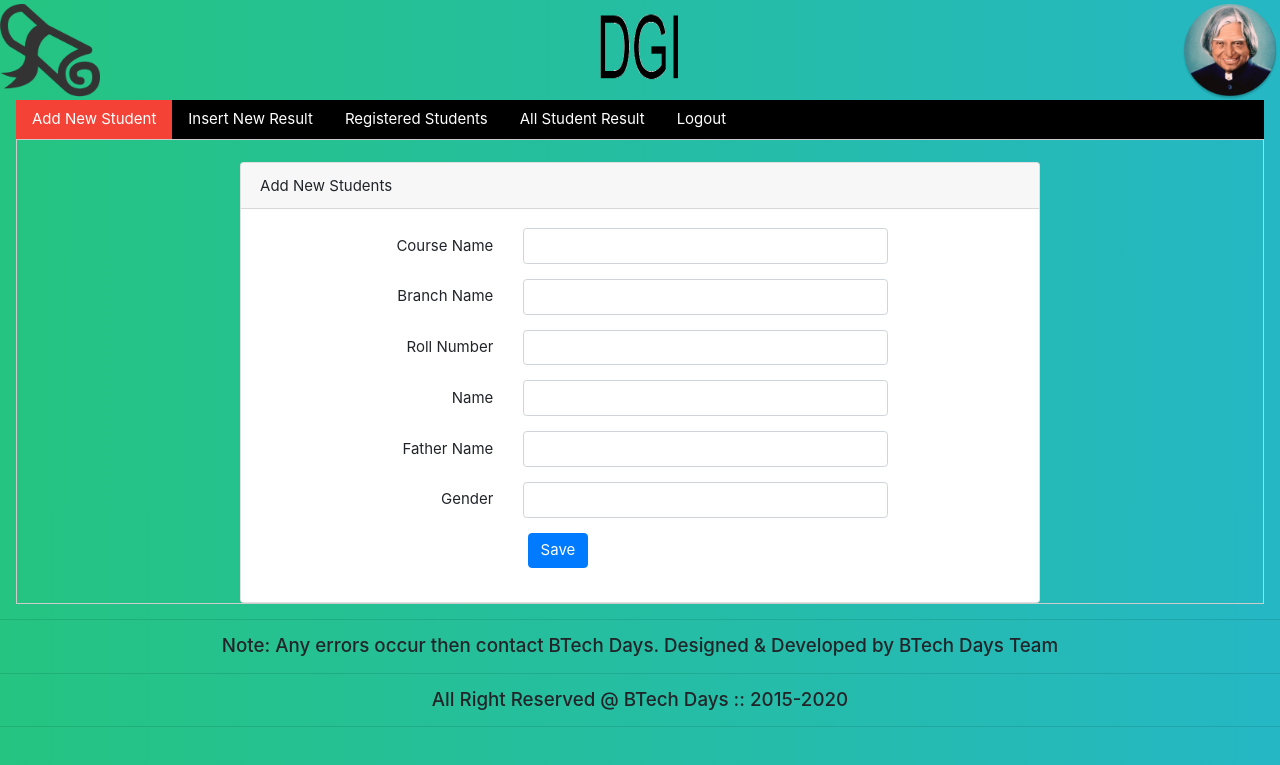
Repository: AlkaDas991/Dbms
Page: http://localhost/Student_Record_Management/adminHome.jsp
These files come from the project's save history. The page is drawn as it stood at one moment and after the next save; the edit follows.
The browser window is 1280 px wide. The pictures show the whole page.
Some web fonts or font styles are not loaded; a fallback is used. Some web libraries are served in a nearby version. The page is served by Tomcat 9. Other server files are loaded and not shown.

Above is the page before, as saved 2021-03-09 03:31:51.
Console error: TypeError: Cannot read properties of undefined (reading 'fn')

### Student Record Management/WebContent/adminHome.jsp
<%@include file="header.html"%>
<!DOCTYPE html>
<html>
<title>DGI</title>
<body>
<img src="logo.png"  align="left"width="100" height="100">
<center><img src="dgi.png" width="100" height="100">
<img src="apj sir.png" align="right"  width="100" height="100"></center>
<div class="w3-container">
  <div class="w3-bar w3-black">
    <button class="w3-bar-item w3-button tablink w3-red" onclick="openCity(event,'London')">Add New Student</button>
    <button class="w3-bar-item w3-button tablink" onclick="openCity(event,'Paris')">Insert New Result</button>
    <button class="w3-bar-item w3-button tablink" onclick="openCity(event,'Tokyo')">Registered Students</button>
     <button class="w3-bar-item w3-button tablink" onclick="openCity(event,'Tokyo1')">All Student Result</button>
     <a href="adminLogin.html" class="w3-bar-item w3-button tablink">Logout</a>
  </div>

  <div id="London" class="w3-container w3-border city">
  <br>
   <link href="//maxcdn.bootstrapcdn.com/bootstrap/4.1.1/css/bootstrap.min.css" rel="stylesheet" id="bootstrap-css">
<script src="//maxcdn.bootstrapcdn.com/bootstrap/4.1.1/js/bootstrap.min.js"></script>
<script src="//cdnjs.cloudflare.com/ajax/libs/jquery/3.2.1/jquery.min.js"></script>
<!------ Include the above in your HEAD tag ---------->

<!doctype html>
<html lang="en">
<head>
    <!-- Required meta tags -->
    <meta charset="utf-8">
    <meta name="viewport" content="width=device-width, initial-scale=1, shrink-to-fit=no">

    <!-- Fonts -->
    <link rel="dns-prefetch" href="https://fonts.gstatic.com">
    <link href="https://fonts.googleapis.com/css?family=Raleway:300,400,600" rel="stylesheet" type="text/css">



    <link rel="icon" href="Favicon.png">

    <!-- Bootstrap CSS -->
    <link rel="stylesheet" href="https://stackpath.bootstrapcdn.com/bootstrap/4.1.3/css/bootstrap.min.css">
</head>
<body>
<main class="my-form">
    <div class="cotainer">
        <div class="row justify-content-center">
            <div class="col-md-8">
                    <div class="card">
                        <div class="card-header">Add New Students</div>
                        <div class="card-body">
                            <form name="my-form" onsubmit="return validform()" action="addNewStudent.jsp" method="post">
                                <div class="form-group row">
                                    <label for="full_name" class="col-md-4 col-form-label text-md-right">Course Name</label>
                                    <div class="col-md-6">
                                        <input type="text"  class="form-control" name="course">
                                    </div>
                                </div>

                                <div class="form-group row">
                                    <label for="email_address" class="col-md-4 col-form-label text-md-right">Branch Name</label>
                                    <div class="col-md-6">
                                        <input type="text"  class="form-control" name="branch">
                                    </div>
                                </div>

                                <div class="form-group row">
                                    <label for="user_name" class="col-md-4 col-form-label text-md-right">Roll Number</label>
                                    <div class="col-md-6">
                                        <input type="text" class="form-control" name="rollNo">
                                    </div>
                                </div>

                                <div class="form-group row">
                                    <label for="phone_number" class="col-md-4 col-form-label text-md-right">Name</label>
                                    <div class="col-md-6">
                                        <input type="text"  class="form-control" name="name">
                                    </div>
                                </div>

                                <div class="form-group row">
                                    <label for="present_address" class="col-md-4 col-form-label text-md-right">Father Name</label>
                                    <div class="col-md-6">
                                        <input type="text"  class="form-control" name="fatherName">
                                    </div>
                                </div>

                                <div class="form-group row">
                                    <label for="permanent_address" class="col-md-4 col-form-label text-md-right">Gender</label>
                                    <div class="col-md-6">
                                        <input type="text" class="form-control" name="">
                                    </div>
                                </div>

                                    <div class="col-md-6 offset-md-4">
                                        <button type="submit" class="btn btn-primary">
                                        Save
                                        </button>
                                    </div>
                                </div>
                            </form>
                        </div>
                    </div>
            </div>
        </div>
    </div>
</main>

<script src="https://code.jquery.com/jquery-3.3.1.slim.min.js"></script>
<script src="https://cdnjs.cloudflare.com/ajax/libs/popper.js/1.14.3/umd/popper.min.js"></script>
<script src="https://stackpath.bootstrapcdn.com/bootstrap/4.1.3/js/bootstrap.min.js"></script>
</body>
  </div>

  <div id="Paris" class="w3-container w3-border city" style="display:none">
  <br>
  <link href="//maxcdn.bootstrapcdn.com/bootstrap/4.1.1/css/bootstrap.min.css" rel="stylesheet" id="bootstrap-css">
<script src="//maxcdn.bootstrapcdn.com/bootstrap/4.1.1/js/bootstrap.min.js"></script>
<script src="//cdnjs.cloudflare.com/ajax/libs/jquery/3.2.1/jquery.min.js"></script>
<!------ Include the above in your HEAD tag ---------->

<!doctype html>
<html lang="en">
<head>
    <!-- Required meta tags -->
    <meta charset="utf-8">
    <meta name="viewport" content="width=device-width, initial-scale=1, shrink-to-fit=no">

    <!-- Fonts -->
    <link rel="dns-prefetch" href="https://fonts.gstatic.com">
    <link href="https://fonts.googleapis.com/css?family=Raleway:300,400,600" rel="stylesheet" type="text/css">



    <link rel="icon" href="Favicon.png">

    <!-- Bootstrap CSS -->
    <link rel="stylesheet" href="https://stackpath.bootstrapcdn.com/bootstrap/4.1.3/css/bootstrap.min.css">

</head>
<body>



<main class="my-form">
    <div class="cotainer">
        <div class="row justify-content-center">
            <div class="col-md-8">
                    <div class="card">
                        <div class="card-header">Insert New Result</div>
                        <div class="card-body">
                            <form name="my-form" onsubmit="return validform()" action="success.php" method="">
                                <div class="form-group row">
                                    <label for="full_name" class="col-md-4 col-form-label text-md-right">Roll Number</label>
                                    <div class="col-md-6">
                                        <input type="text"class="form-control" name="">
                                    </div>
                                </div>

                                <div class="form-group row">
                                    <label for="email_address" class="col-md-4 col-form-label text-md-right">Engg. Physics-I</label>
                                    <div class="col-md-6">
                                        <input type="text"  class="form-control" name="">
                                    </div>
                                </div>

                                <div class="form-group row">
                                    <label for="user_name" class="col-md-4 col-form-label text-md-right">Engg. Chemistry</label>
                                    <div class="col-md-6">
                                        <input type="text"  class="form-control" name="">
                                    </div>
                                </div>

                                <div class="form-group row">
                                    <label for="phone_number" class="col-md-4 col-form-label text-md-right">Engg. Mathematics-I</label>
                                    <div class="col-md-6">
                                        <input type="text"  class="form-control" name="">
                                    </div>
                                </div>

                                <div class="form-group row">
                                    <label for="present_address" class="col-md-4 col-form-label text-md-right">Basic Electrical Engg</label>
                                    <div class="col-md-6">
                                        <input type="text"  class="form-control" name="">
                                    </div>
                                </div>

                                <div class="form-group row">
                                    <label for="permanent_address" class="col-md-4 col-form-label text-md-right">Electronic Engg.</label>
                                    <div class="col-md-6">
                                        <input type="text"  class="form-control" name="">
                                    </div>
                                </div>

                                 <div class="form-group row">
                                    <label for="permanent_address" class="col-md-4 col-form-label text-md-right">Engg. Chemistry Lab</label>
                                    <div class="col-md-6">
                                        <input type="text"  class="form-control" name="">
                                    </div>
                                </div>

                                 <div class="form-group row">
                                    <label for="permanent_address" class="col-md-4 col-form-label text-md-right">Engg. Physics Lab</label>
                                    <div class="col-md-6">
                                        <input type="text" class="form-control" name="">
                                    </div>
                                </div>

                                    <div class="col-md-6 offset-md-4">
                                        <button type="submit" class="btn btn-primary">
                                       Save
                                        </button>
                                    </div>
                                </div>
                            </form>
                        </div>
                    </div>
            </div>
        </div>
        <br>
    </div>

</main>

<script src="https://code.jquery.com/jquery-3.3.1.slim.min.js"></script>
<script src="https://cdnjs.cloudflare.com/ajax/libs/popper.js/1.14.3/umd/popper.min.js"></script>
<script src="https://stackpath.bootstrapcdn.com/bootstrap/4.1.3/js/bootstrap.min.js"></script>
</body>
</html>
  </div>

  <div id="Tokyo" class="w3-container w3-border city" style="display:none">

<section>
  <!--for demo wrap-->
  <div class="tbl-header">
    <table cellpadding="0" cellspacing="0" border="0">
      <thead>
        <tr>
         <th>Course Name</th>
          <th>Branch Name</th>
          <th>Roll Number</th>
          <th>Name</th>
          <th>Father Name</th>
          <th>Gender</th>
        </tr>
      </thead>
    </table>
  </div>
  <div class="tbl-content">
    <table cellpadding="0" cellspacing="0" border="0">
      <tbody>
        <tr>
          <td>B.Tech</td>
          <td>CSE</td>
          <td>10025</td>
          <td>Gaurav kumar</td>
          <td>Sunil Kumar</td>
          <td>Male</td>
        </tr>

      </tbody>
    </table>
  </div>
</section>
</div>
<div id="Tokyo1" class="w3-container w3-border city" style="display:none">

<section>
  <!--for demo wrap-->
  <div class="tbl-header">
    <table cellpadding="0" cellspacing="0" border="0">
      <thead>
        <tr>
          <th>Roll Number</th>
          <th>Engg. Physics-I</th>
          <th>Engg. Chemistry</th>
          <th>Engg. Mathematics-I</th>
          <th>Basic Electrical Engg</th>
          <th>Electronic Engg.</th>
          <th>Engg. Chemistry Lab</th>
          <th>Engg. Physics Lab</th>
        </tr>
      </thead>
    </table>
  </div>
  <div class="tbl-content">
    <table cellpadding="0" cellspacing="0" border="0">
      <tbody>
        <tr>
          <td>10025</td>
          <td>70</td>
          <td>80</td>
          <td>90</td>
          <td>50</td>
          <td>56</td>
          <td>25</td>
          <td>25</td>
        </tr>
      </tbody>
    </table>
  </div>
</section>

</div>
    <hr class="new1">
  <center><h5>Note: Any errors occur then contact BTech Days.
Designed & Developed by BTech Days Team</h5></center>
  <hr class="new1">
<center><h5>All Right Reserved @ BTech Days :: 2015-2020</h5></center>
  <hr class="new1">
<br>
</body>
</html>

Loaded but not shown: Student Record Management/WebContent/header.html (355 lines, source omitted)

After the next save:
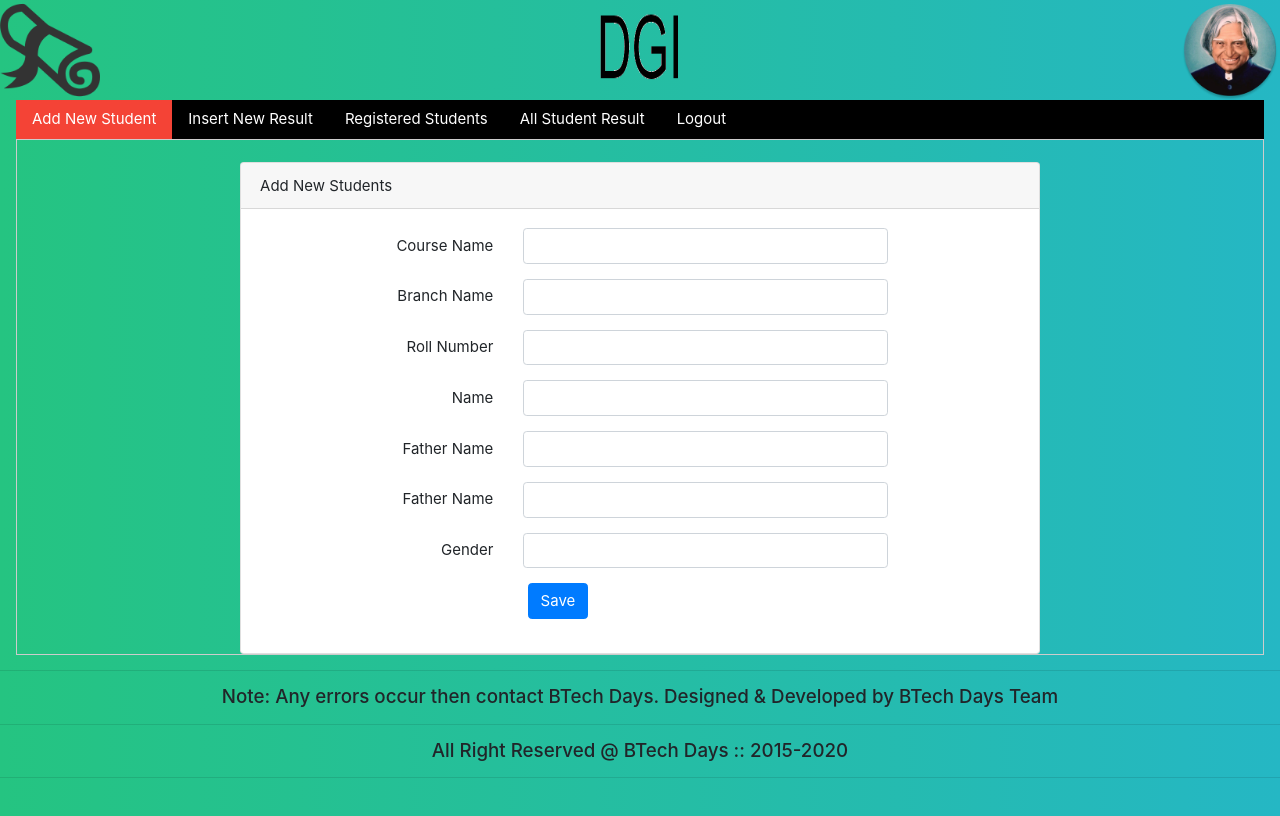
Saved 26 s later.
--- a/Student Record Management/WebContent/adminHome.jsp
+++ b/Student Record Management/WebContent/adminHome.jsp
@@ -74,6 +74,13 @@
                                     <label for="phone_number" class="col-md-4 col-form-label text-md-right">Name</label>
                                     <div class="col-md-6">
                                         <input type="text"  class="form-control" name="name">
+                                    </div>
+                                </div>
+
+                                <div class="form-group row">
+                                    <label for="present_address" class="col-md-4 col-form-label text-md-right">Father Name</label>
+                                    <div class="col-md-6">
+                                        <input type="text"  class="form-control" name="fatherName">
                                     </div>
                                 </div>
 
